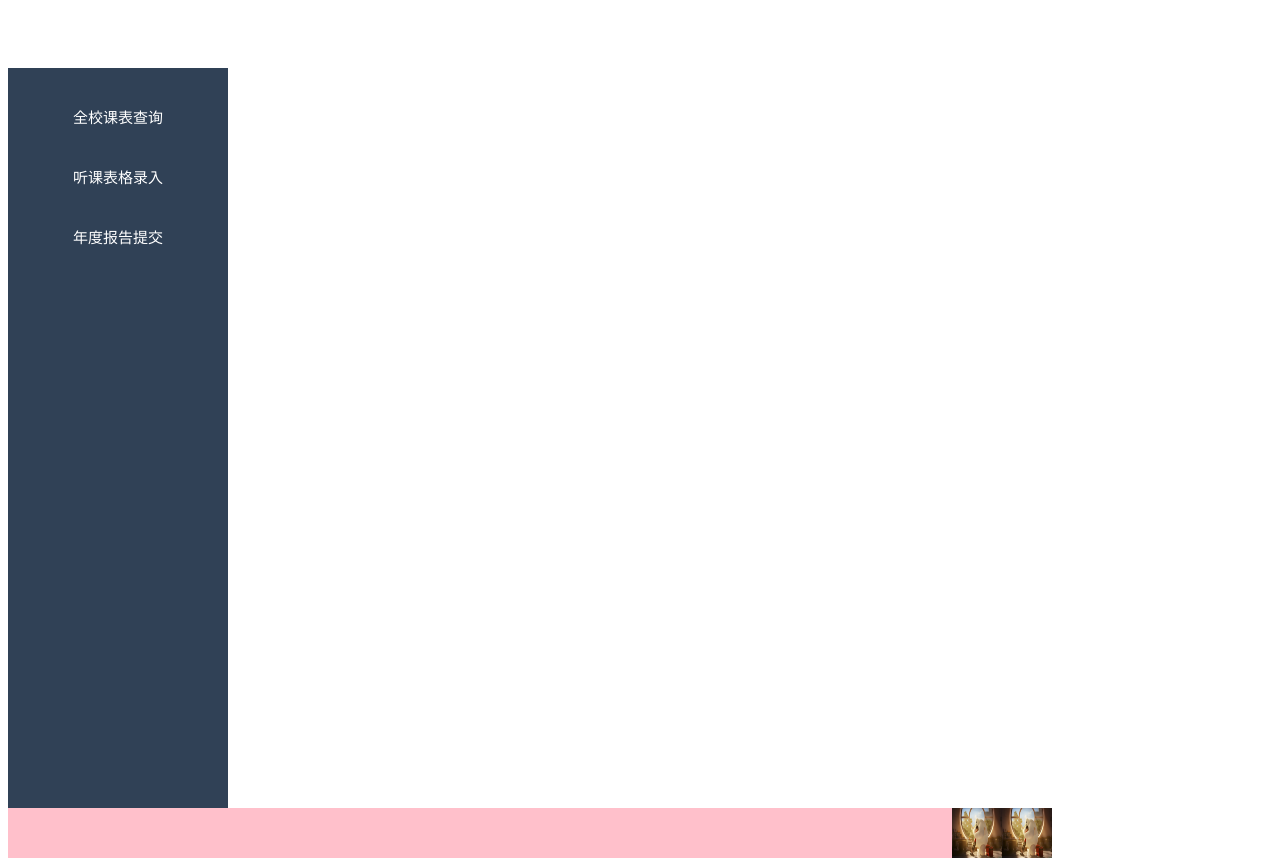
Repository: shandamengcheng/graduate-project
Page: /home
These files come from the project's save history. The page is drawn as it stood at one moment and after the next save; the edit follows.
The browser window is 1280 px wide. The pictures show the whole page.
The project was rebuilt for these pictures with package versions that can differ from the ones it lists, and the page was loaded fresh each time. Also part of the build but not shown: src/views/Login.vue.

Above is the page before, as saved 2021-03-10 23:57:42.

### src/App.vue
<template>
  <div id="app">
    <div id="nav">
    </div>
    <router-view/>
  </div>
</template>

<style>
#app {
  font-family: Avenir, Helvetica, Arial, sans-serif;
  -webkit-font-smoothing: antialiased;
  -moz-osx-font-smoothing: grayscale;
  text-align: center;
  color: #2c3e50;
}

#nav {
  padding: 30px;
}

#nav a {
  font-weight: bold;
  color: #2c3e50;
}

#nav a.router-link-exact-active {
  color: #42b983;
}
</style>

### src/router/index.js
import Vue from 'vue'
import VueRouter from 'vue-router'
import Home from '../views/Home.vue'
import Login from '../views/Login.vue';

Vue.use(VueRouter)

const routes = [
  {
    path: '/',
    name: 'Login',
    component: Login
  },
  {
    path: '/home',
    name: Home,
    component: Home
  }
]

const router = new VueRouter({
  mode: 'history',
  base: process.env.BASE_URL,
  routes
})

export default router

### src/views/Home.vue
<template>
  <div class="home">
    <SideBar />
    <div class="nav">
      <NavigationBar />
    </div>
    <router-view />
  </div>
</template>

<script>
// @ is an alias to /src
import Login from "@/views/Login";
import SideBar from "@/views/SideBar";
import NavigationBar from "@/views/NavigationBar";

export default {
  name: "Home",
  components: {
    Login,
    SideBar,
    NavigationBar,
  },
};
</script>

<style scoped>
.home {
  min-height: 100%;
  width: 100%;
  /* background-color: #2d3a4b;
    color: white; */
  overflow: hidden;
}
.nav {
  width: calc(100% - 220px);
}
</style>

### src/views/SideBar.vue
<template>
  <div class="sidebar">
    <SideBarItem>
      <div>全校课表查询</div>
    </SideBarItem>
    <SideBarItem>
      <div>听课表格录入</div>
    </SideBarItem>
    <SideBarItem>
      <div>年度报告提交</div>
    </SideBarItem>
  </div>
</template>

<script>
import SideBarItem from "@/components/SideBarItem";

export default {
  name: "SideBar",
  components: {
    SideBarItem,
  }
}
</script>

<style scoped>
.sidebar {
  width: 220px;
  height: 100vh;
  background: #304156;
  color: white;
  font-size: 15px;
  text-align: center;
  display: flex;
  flex-direction: column;
  padding-top: 20px;
}
</style>

### src/views/NavigationBar.vue
<template>
  <div class="navbar">
    <img src="@/assets/bai.jpg" class="avatar-img">
    <img src="@/assets/bai.jpg" class="avatar-submenu">
  </div>
</template>

<script>
export default {
  name: "NavigationBar",
}
</script>

<style scoped>
.navbar {
  width: 100%;
  height: 50px;
  background: pink;
  display: flex;
  justify-content: flex-end;
}
.navbar img {
  display: inline-block;
  height: 100%;
  width: 50px;
}
</style>

### src/components/SideBarItem.vue
<template>
  <div class="sidebar-item" @click="showSearchView">
    <slot>默认列表项</slot>
  </div>
</template>

<script>
export default {
  name: "SideBarItem",
  methods: {
    showSearchView: function() {
      this.$router.push('/home/search');
    }
  }
}
</script>

<style scoped>
.sidebar-item {
  height: 60px;
  padding: 0 10px;
  line-height: 60px;
  border: none;
  outline: none;
  cursor: pointer;
  display: flex;
  justify-content: center;
}
.sidebar-item img {
  /* display: inline-block; */
  align-self: center;
  height: 50%;
  vertical-align: middle;
  width: 15%;
  /* margin-right: 5px; */
}
.sidebar-item div {
  width: 60%;
  /* display: inline-block; */
}
</style>

Loaded but not shown: public/index.html (common file); src/main.js (common file); src/store/index.js (common file)

After the next save:
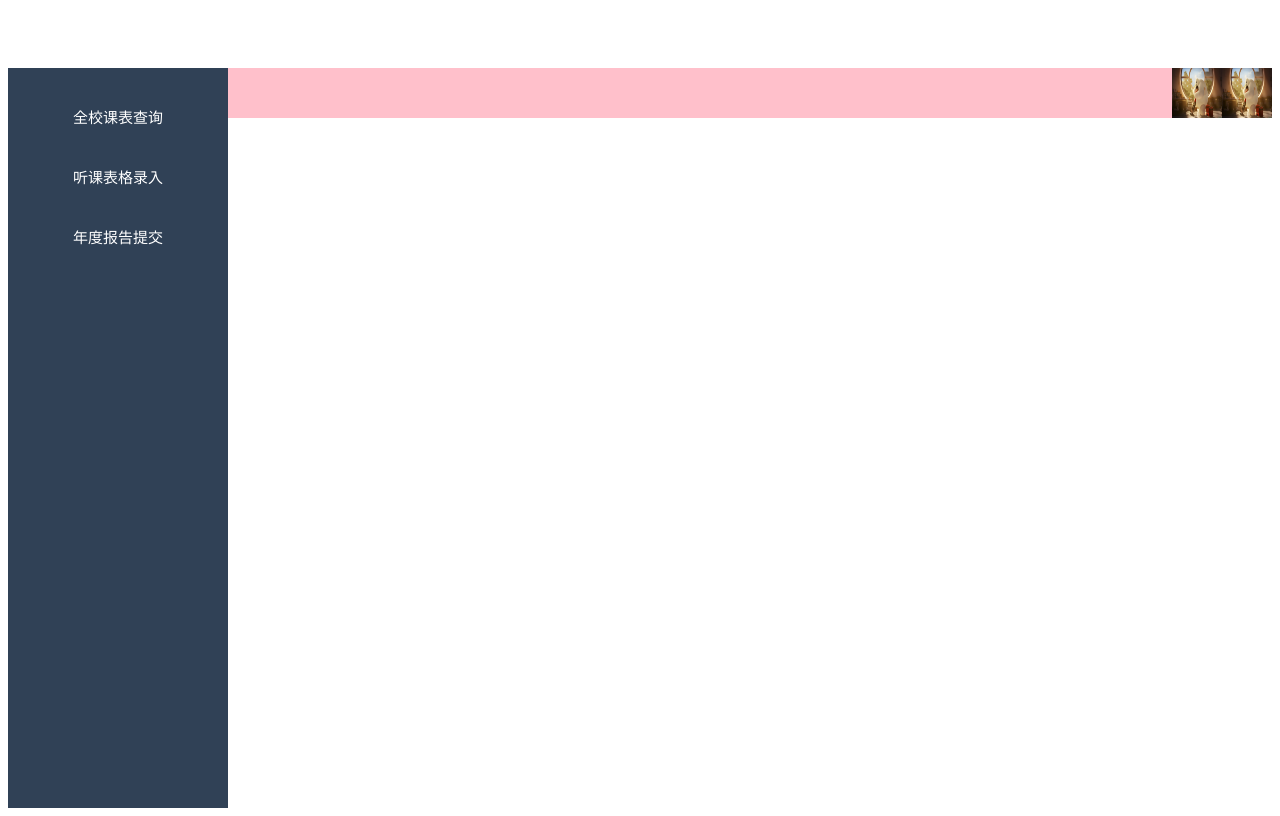
Saved 23 s later.
--- a/src/views/Home.vue
+++ b/src/views/Home.vue
@@ -28,6 +28,8 @@ export default {
 .home {
   min-height: 100%;
   width: 100%;
+  display: flex;
+  flex-direction: row;
   /* background-color: #2d3a4b;
     color: white; */
   overflow: hidden;
